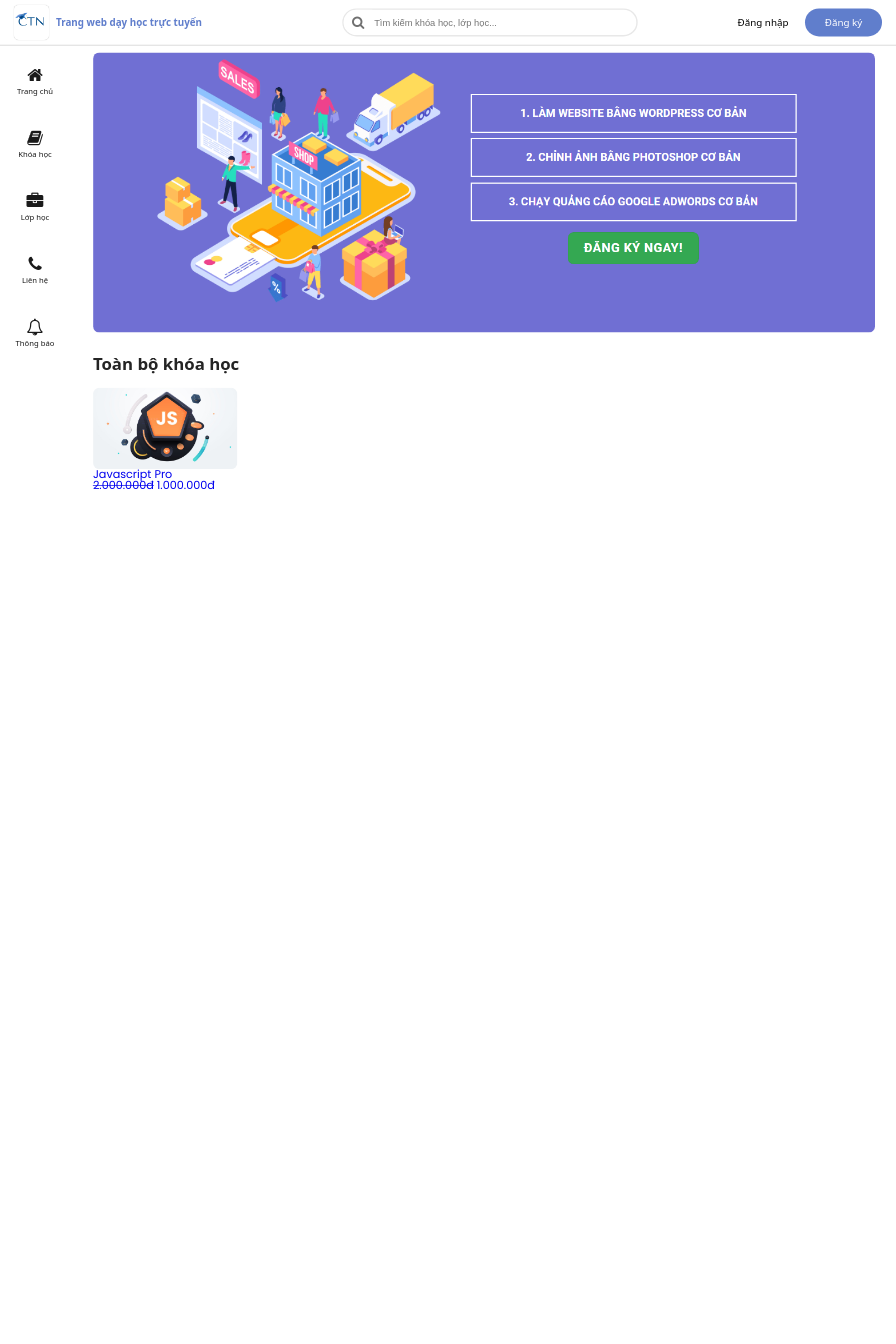
Repository: Nieday306/shophoaqua
Page: index.html
These files come from the project's save history. The page is drawn as it stood at one moment and after the next save; the edit follows.
The browser window is 1280 px wide. The pictures show the part of the page from y = 0 to 1920 px (the page is 5575 px tall), at 70% of full size.

Above is the page before, as saved 2024-04-07 16:26:19.

### index.html
<!DOCTYPE html>
<html lang="en">
  <head>
    <meta charset="UTF-8" />
    <meta name="viewport" content="width=device-width, initial-scale=1.0" />
    <!-- reset css -->
    <link rel="stylesheet" href="./assets/css/reset.css" />
    <!-- style css -->
    <link rel="stylesheet" href="./assets/css/style.css" />
    <!-- font  -->
    <link rel="stylesheet" href="./assets/font/stylesheet.css" />
    <title>CTN - Ứng dụng học lập trình trực tuyến</title>
    <!-- favicon -->
    <link
      rel="apple-touch-icon"
      sizes="57x57"
      href="./assets/Favicon/apple-icon-57x57.png"
    />
    <link
      rel="apple-touch-icon"
      sizes="60x60"
      href="./assets/Favicon/apple-icon-60x60.png"
    />
    <link
      rel="apple-touch-icon"
      sizes="72x72"
      href="./assets/Favicon/apple-icon-72x72.png"
    />
    <link
      rel="apple-touch-icon"
      sizes="76x76"
      href="./assets/Favicon/apple-icon-76x76.png"
    />
    <link
      rel="apple-touch-icon"
      sizes="114x114"
      href="./assets/Favicon/apple-icon-114x114.png"
    />
    <link
      rel="apple-touch-icon"
      sizes="120x120"
      href="./assets/Favicon/apple-icon-120x120.png"
    />
    <link
      rel="apple-touch-icon"
      sizes="144x144"
      href="./assets/Favicon/apple-icon-144x144.png"
    />
    <link
      rel="apple-touch-icon"
      sizes="152x152"
      href="./assets/Favicon/apple-icon-152x152.png"
    />
    <link
      rel="apple-touch-icon"
      sizes="180x180"
      href="./assets/Favicon/apple-icon-180x180.png"
    />
    <link
      rel="icon"
      type="image/png"
      sizes="192x192"
      href="./assets/Favicon/android-icon-192x192.png"
    />
    <link
      rel="icon"
      type="image/png"
      sizes="32x32"
      href="./assets/Favicon/favicon-32x32.png"
    />
    <link
      rel="icon"
      type="image/png"
      sizes="96x96"
      href="./assets/Favicon/favicon-96x96.png"
    />
    <link
      rel="icon"
      type="image/png"
      sizes="16x16"
      href="./assets/Favicon/favicon-16x16.png"
    />
    <link rel="manifest" href="./assets/Favicon/manifest.json" />
    <meta name="msapplication-TileColor" content="#ffffff" />
    <meta
      name="msapplication-TileImage"
      content="./assets/Favicon/ms-icon-144x144.png"
    />
    <meta name="theme-color" content="#ffffff" />
    <link
      rel="stylesheet"
      href="https://cdnjs.cloudflare.com/ajax/libs/font-awesome/4.7.0/css/font-awesome.min.css"
    />
  </head>
  <body>
    <!-- header -->
    <header>
      <div class="header">
        <div class="header-top">
          <div class="logo">
            <img class="logo-img" src="./assets/img/logo.png" alt="CTN" />
            <span class="logo-desc">Trang web dạy học trực tuyến</span>
          </div>
          <form action="" class="search" method="post">
            <input
              class="search__txt"
              type="search"
              name="search"
              id="search"
              placeholder="Tìm kiếm khóa học, lớp học..."
            />
            <button class="search__submit" type="submit">
              <i class="fa fa-search" style="font-size: 19px"></i>
            </button>
          </form>
          <div class="header__log">
            <a href="./login.html" class="btn header__login">Đăng nhập</a>
            <a href="#!" class="btn header__register">Đăng ký</a>
          </div>
        </div>
      </div>
    </header>
    <!-- main -->
    <main>
      <div class="sidebar">
        <ul class="sidebar__menu">
          <li class="sidebar__item">
            <a href="#!" class="sidebar__desc"
              ><i class="fa fa-home" style="font-size: 24px"></i
              ><span>Trang chủ</span></a
            >
          </li>
          <li class="sidebar__item">
            <a href="#!" class="sidebar__desc"
              ><i class="fa fa-book" style="font-size: 24px"></i
              ><span>Khóa học</span></a
            >
          </li>
          <li class="sidebar__item">
            <a href="#!" class="sidebar__desc"
              ><i class="fa fa-briefcase" style="font-size: 24px"></i
              ><span>Lớp học</span></a
            >
          </li>
          <li class="sidebar__item">
            <a href="#!" class="sidebar__desc"
              ><i class="fa fa-phone" style="font-size: 24px"></i
              ><span>Liên hệ</span></a
            >
          </li>
          <li class="sidebar__item">
            <a href="#!" class="sidebar__desc"
              ><i class="fa fa-bell-o" style="font-size: 24px"></i
              ><span>Thông báo</span></a
            >
          </li>
        </ul>
        <div class="sidebar__content">
          <!-- banner -->
          <div class="content__banner">
            <div class="container">
              <div class="banner">
                <img
                  src="./assets/img/banner-content.png"
                  alt="banner"
                  class="banner-img"
                />
              </div>
            </div>
          </div>
          <!-- course -->
          <div class="content__course">
            <div class="container">
              <h2 class="course-title">Toàn bộ khóa học</h2>
              <div class="list__course">
                <!-- item 1 -->
                <div class="course__item">
                  <a href="#!" class="course__item-link">
                    <img
                      src="./assets/img/course-js.jpg"
                      alt=""
                      class="course-thumnail"
                    />
                    <span class="course-desc">Javascript Pro</span>
                    <span class="price">
                      <span class="pre-price"><del>2.000.000đ</del></span>
                      <span class="price-final">1.000.000đ</span>
                    </span>
                  </a>
                </div>
              </div>
            </div>
          </div>
        </div>
      </div>
    </main>
    <!-- footer -->
    <footer></footer>
  </body>
</html>

### assets/css/style.css
:root {
  --primary-color: #607ecc;
  --font-secondary: system-ui, -apple-system, BlinkMacSystemFont, "Segoe UI",
    Roboto, Oxygen, Ubuntu, Cantarell, "Open Sans", "Helvetica Neue", sans-serif;
}
* {
  box-sizing: border-box;
}

html,
body {
  scroll-behavior: smooth;
}

html {
  font-size: 62.5%;
}

body {
  font-size: 1.6rem;
  font-family: "Poppins", sans-serif;
  margin: 0px auto;
}

/*================== common =========================*/

a {
  text-decoration: none;
}

.btn {
  display: inline-block;
  color: #fff;
  font-size: 1.4rem;
  font-family: var(--font-secondary);
  font-weight: 500;
  background-color: var(--primary-color);
  height: 40px;
  padding: 0 8px;
  border: 1px solid --primary-color;
  border-radius: 999px;
  text-align: center;
  min-width: 110px;
  line-height: 40px;
}

.btn:hover {
  opacity: 0.9;
}

.container {
  width: 1117px;
  margin: 0px auto;
}

/* =======================header==================== */

header {
  position: sticky;
  height: 65px;
  left: 0;
  top: 0;
  z-index: 20;
}

.header-top {
  height: 65px;
  background-color: #fff;
  display: flex;
  align-items: center;
  /* justify-content: space-between; */
  border-bottom: 1px solid #ccc;
}

.logo {
  display: flex;
  align-items: center;
  gap: 0 10px;
  margin-left: 20px;
}

.logo-img {
  width: 50px;
  height: 50px;
  object-fit: cover;
  border-radius: 7px;
  box-shadow: 0px 0px 1px rgb(3, 3, 3, 0.5);
}

.logo-desc {
  font-family: var(--font-secondary);
  font-size: 1.4rem;
  color: var(--primary-color);
  font-weight: 700;
}

.search {
  margin-left: 200px;
  height: 40px;
  width: 422px;
  border: 2px solid #e8e8e8;
  border-radius: 20px;
  transition: border 0.5s ease;
  display: flex;
  align-items: center;
  justify-content: space-between;
  flex-direction: row-reverse;
}

.search:focus-within {
  border-color: #777;
}

.search__submit {
  width: 10%;
  height: 100%;
  border-radius: 20px 0 0 20px;
  color: #707070;
  border: none;
  outline: none;
  background-color: #fff;
  cursor: pointer;
}

.fa-search {
  color: inherit;
}

.search__txt {
  height: 100%;
  background-color: transparent;
  width: 90%;
  outline: none;
  border-radius: 0 20px 20px 0;
  border: none;
}

.search__txt:not(:placeholder-shown) ~ .search__submit {
  color: #444;
  cursor: pointer;
}

.search__txt:placeholder-shown ~ .search__submit {
  cursor: not-allowed;
}

.header__log {
  margin-left: auto;
  display: flex;
  align-items: center;
  gap: 5px;
}

.header__login {
  background-color: #fff;
  color: #000;
}

.header__register {
  margin-right: 20px;
}
/* =======================main========================= */

.sidebar {
  margin-top: 10px;
  display: flex;
  min-width: 100vh;
}

.sidebar__menu {
  height: 100%;

  position: fixed;
  width: 8%;
  margin-left: 10px;
  display: flex;
  flex-direction: column;
  gap: 10px;
  /* border-right: 1px solid #ccc; */
}

.sidebar__item {
}

.sidebar__desc {
  display: inline-flex;
  flex-direction: column;
  align-items: center;
  justify-content: center;
  gap: 5px;
  height: 80px;
  width: 80px;
  font-weight: 500;
  font-size: 1.1rem;
  font-family: var(--font-secondary);
  color: #1a1a1a;
  padding: 10px;
  border-radius: 9px;
}
.sidebar__desc:hover {
  background-color: #e8ebed;
}

.sidebar__content {
  margin-left: 8%;
  width: 92%;
  height: 5000px;
}

.banner-img {
  width: 1117px;
  height: 400px;
  object-fit: cover;
  border-radius: 9px;
}

/* course */

.content__course {
  margin-top: 30px;
}

.course-title {
  color: #242424;
  font-family: var(--font-secondary);
  font-size: 2.4rem;
  font-weight: 900;
  margin-right: auto;
}

.list__course {
  margin-top: 22px;
}

.course__item-link {
  display: flex;
  flex-direction: column;
}

.course-thumnail {
  width: 206px;
  height: 116px;
  object-fit: cover;
  border-radius: 9px;
}

/* footer */
footer {
  height: 500px;
  background-color: #000;
  margin-left: 9%;
}

### assets/font/stylesheet.css
@font-face {
    font-family: 'Poppins';
    src: url('Poppins-Black.woff2') format('woff2'),
        url('Poppins-Black.woff') format('woff');
    font-weight: 900;
    font-style: normal;
    font-display: swap;
}

@font-face {
    font-family: 'Poppins';
    src: url('Poppins-Bold.woff2') format('woff2'),
        url('Poppins-Bold.woff') format('woff');
    font-weight: bold;
    font-style: normal;
    font-display: swap;
}

@font-face {
    font-family: 'Poppins';
    src: url('Poppins-BlackItalic.woff2') format('woff2'),
        url('Poppins-BlackItalic.woff') format('woff');
    font-weight: 900;
    font-style: italic;
    font-display: swap;
}

@font-face {
    font-family: 'Poppins';
    src: url('Poppins-BoldItalic.woff2') format('woff2'),
        url('Poppins-BoldItalic.woff') format('woff');
    font-weight: bold;
    font-style: italic;
    font-display: swap;
}

@font-face {
    font-family: 'Poppins';
    src: url('Poppins-ExtraLightItalic.woff2') format('woff2'),
        url('Poppins-ExtraLightItalic.woff') format('woff');
    font-weight: 200;
    font-style: italic;
    font-display: swap;
}

@font-face {
    font-family: 'Poppins';
    src: url('Poppins-ExtraBoldItalic.woff2') format('woff2'),
        url('Poppins-ExtraBoldItalic.woff') format('woff');
    font-weight: bold;
    font-style: italic;
    font-display: swap;
}

@font-face {
    font-family: 'Poppins';
    src: url('Poppins-ExtraBold.woff2') format('woff2'),
        url('Poppins-ExtraBold.woff') format('woff');
    font-weight: bold;
    font-style: normal;
    font-display: swap;
}

@font-face {
    font-family: 'Poppins';
    src: url('Poppins-Italic.woff2') format('woff2'),
        url('Poppins-Italic.woff') format('woff');
    font-weight: normal;
    font-style: italic;
    font-display: swap;
}

@font-face {
    font-family: 'Poppins';
    src: url('Poppins-ExtraLight.woff2') format('woff2'),
        url('Poppins-ExtraLight.woff') format('woff');
    font-weight: 200;
    font-style: normal;
    font-display: swap;
}

@font-face {
    font-family: 'Poppins';
    src: url('Poppins-Regular.woff2') format('woff2'),
        url('Poppins-Regular.woff') format('woff');
    font-weight: normal;
    font-style: normal;
    font-display: swap;
}

@font-face {
    font-family: 'Poppins';
    src: url('Poppins-LightItalic.woff2') format('woff2'),
        url('Poppins-LightItalic.woff') format('woff');
    font-weight: 300;
    font-style: italic;
    font-display: swap;
}

@font-face {
    font-family: 'Poppins';
    src: url('Poppins-SemiBold.woff2') format('woff2'),
        url('Poppins-SemiBold.woff') format('woff');
    font-weight: 600;
    font-style: normal;
    font-display: swap;
}

@font-face {
    font-family: 'Poppins';
    src: url('Poppins-Light.woff2') format('woff2'),
        url('Poppins-Light.woff') format('woff');
    font-weight: 300;
    font-style: normal;
    font-display: swap;
}

@font-face {
    font-family: 'Poppins';
    src: url('Poppins-Medium.woff2') format('woff2'),
        url('Poppins-Medium.woff') format('woff');
    font-weight: 500;
    font-style: normal;
    font-display: swap;
}

@font-face {
    font-family: 'Poppins';
    src: url('Poppins-MediumItalic.woff2') format('woff2'),
        url('Poppins-MediumItalic.woff') format('woff');
    font-weight: 500;
    font-style: italic;
    font-display: swap;
}

@font-face {
    font-family: 'Poppins';
    src: url('Poppins-Thin.woff2') format('woff2'),
        url('Poppins-Thin.woff') format('woff');
    font-weight: 100;
    font-style: normal;
    font-display: swap;
}

@font-face {
    font-family: 'Poppins';
    src: url('Poppins-ThinItalic.woff2') format('woff2'),
        url('Poppins-ThinItalic.woff') format('woff');
    font-weight: 100;
    font-style: italic;
    font-display: swap;
}

@font-face {
    font-family: 'Poppins';
    src: url('Poppins-SemiBoldItalic.woff2') format('woff2'),
        url('Poppins-SemiBoldItalic.woff') format('woff');
    font-weight: 600;
    font-style: italic;
    font-display: swap;
}

Loaded but not shown: assets/css/reset.css (common file)

After the next save:
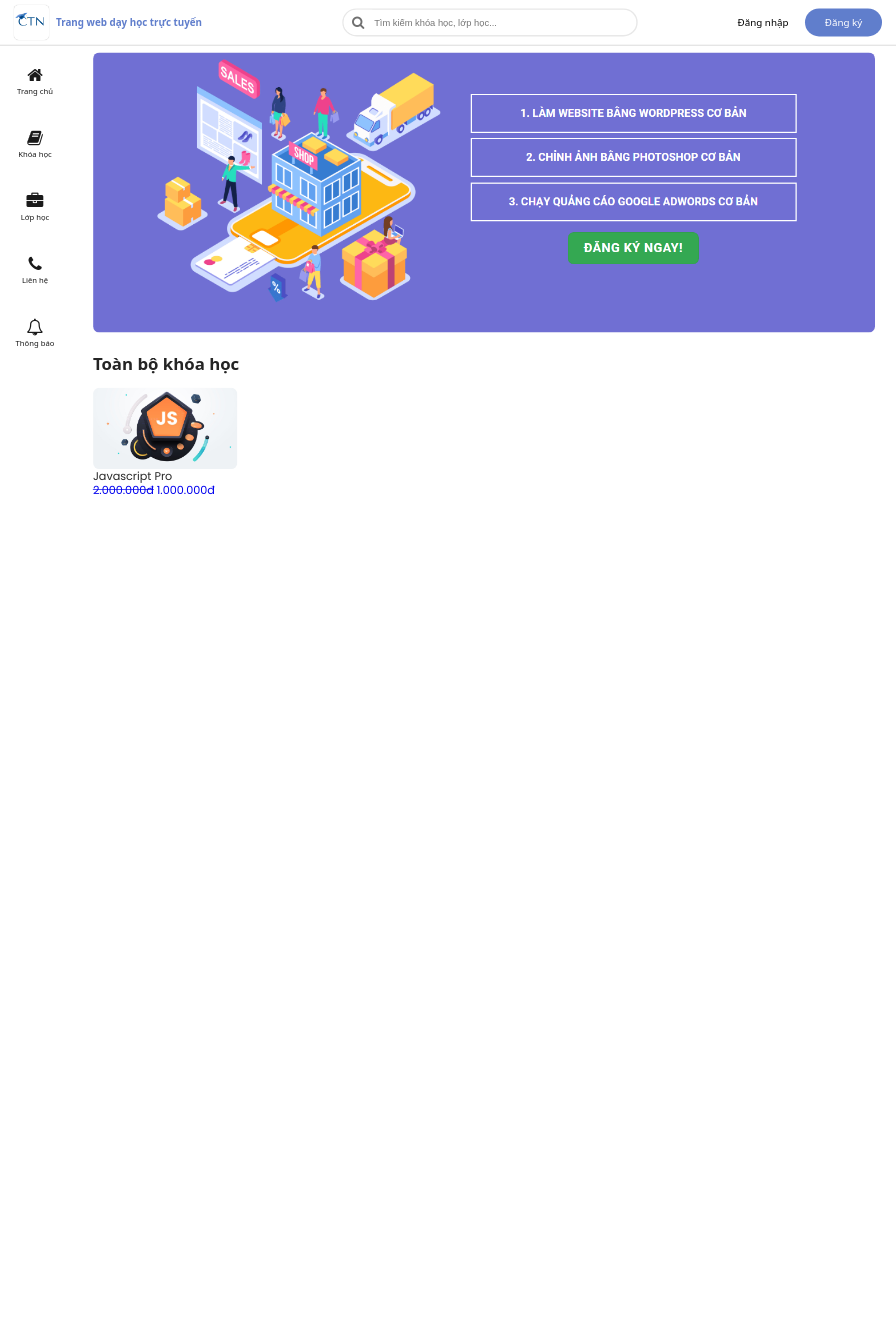
Saved 47 s later.
--- a/assets/css/style.css
+++ b/assets/css/style.css
@@ -244,6 +244,14 @@ header {
   border-radius: 9px;
 }
 
+.course-desc {
+  color: #292929;
+  display: -webkit-box;
+  font-size: 1.6rem;
+  line-height: 1.4;
+  overflow: hidden;
+}
+
 /* footer */
 footer {
   height: 500px;
